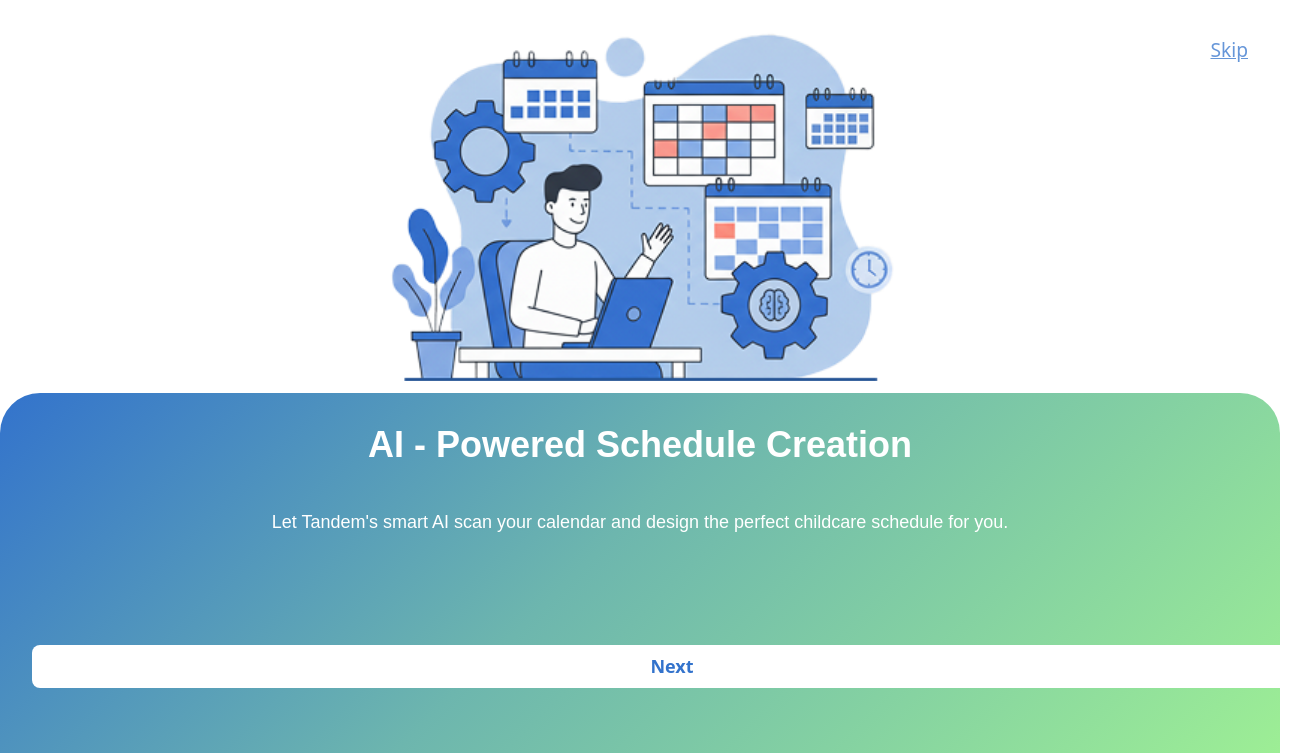
Repository: IDSP-TRADECARE/Tandem
Page: /boarding/features
These files come from the project's save history. The page is drawn as it stood at one moment and after the next save; the edit follows.
The browser window is 1280 px wide. The page is 1312 px wide, then 1280 px, so the pictures cover 1312 px, including what lies to the right of the window. The pictures show the whole page.
The page's requests for data from a server got no answer. Some web fonts or font styles are not loaded; a fallback is used. The project was rebuilt for these pictures with package versions that can differ from the ones it lists, and the page was loaded fresh each time. Some packages were replaced by stand-ins written for this rebuild. The framework's server and built-in components were replaced by stand-ins that run in the browser. No one was signed in, and anything a server would have sent is missing. Also part of the build but not shown: next.config.ts, src/app/components/auth/AuthGuard.tsx.

Above is the page before, as saved 2025-11-23 00:44:14.

After the next save:
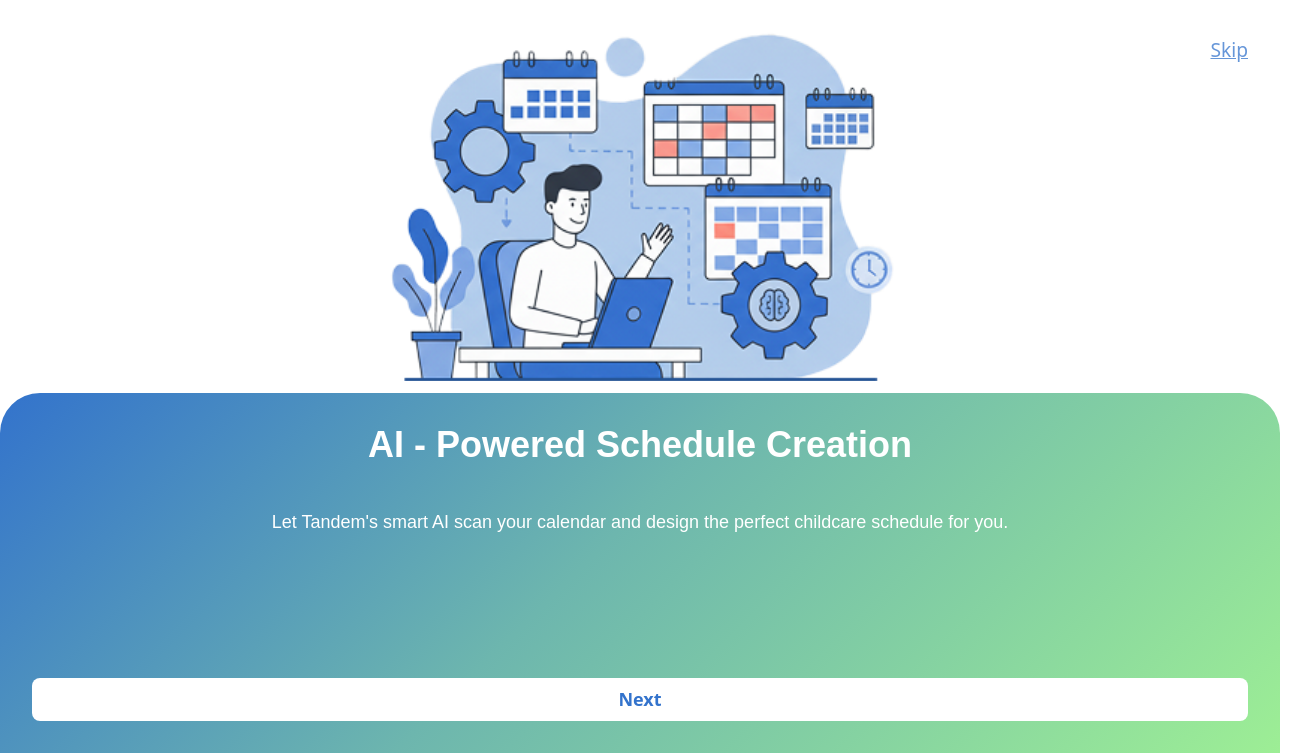
Saved 11 s later.
--- a/src/app/boarding/features/features.module.css
+++ b/src/app/boarding/features/features.module.css
@@ -108,9 +108,7 @@
     display: flex;
     gap: 1rem;
     width: 100%;
-    position: absolute;
-    bottom: 2rem;
-    margin: 0 auto;
+    margin-top: auto;
 }
 
 .previousButton {
